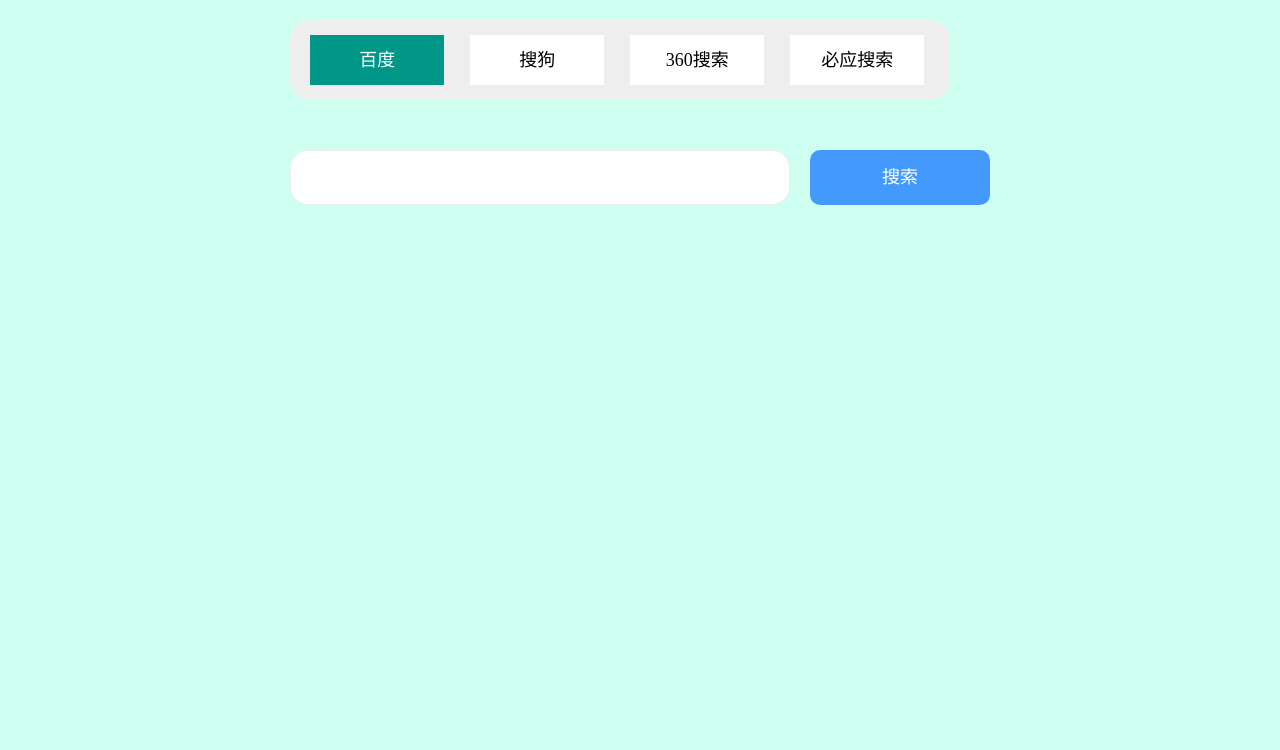
Repository: hellobz/duosousuoyinqing
Page: sousuo.html
The author's editor kept a copy of each file at every save. The page is drawn from the files as they stood at one save, then again after the next save.
The browser window is 1280 px wide. The pictures show the whole page.
Some web libraries are served in a nearby version.

Above is the page before, as saved 2022-05-25 09:49:06.

After the next save:
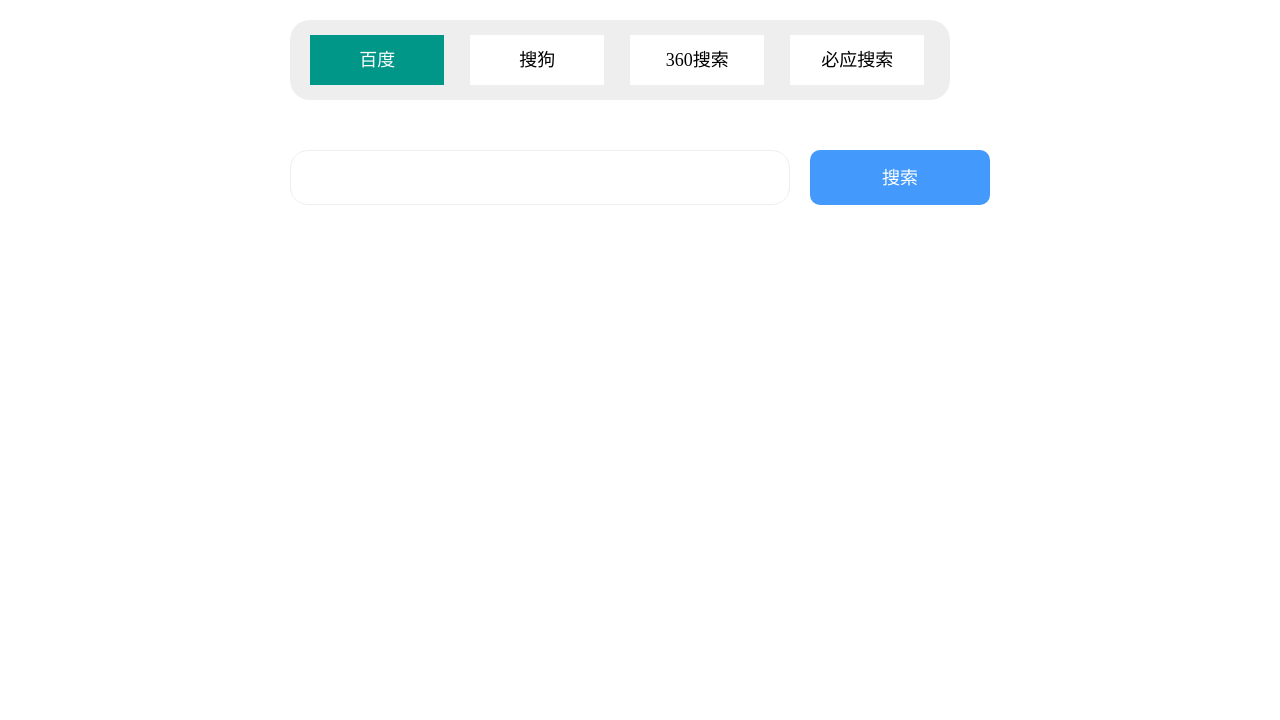
Saved 15 s later.
--- a/sousuo.html
+++ b/sousuo.html
@@ -6,22 +6,7 @@
     <meta http-equiv="X-UA-Compatible" content="IE=edge">
     <meta name="viewport" content="width=device-width, initial-scale=1.0">
     <title>小旋综合搜素引擎</title>
-    <style>
-        * {
-            margin: 0;
-            padding: 0;
-        }
-
-        body {
-            /* background-color: #009688; */
-            background-color: #cefff1;
-            min-height: 730px;
-        }
-
-        [v-cloak] {
-            display: none;
-        }
-    </style>
+    <link rel="shortcut icon" href="./images/favicon.ico" type="image/x-icon">
 </head>
 
 <body>
